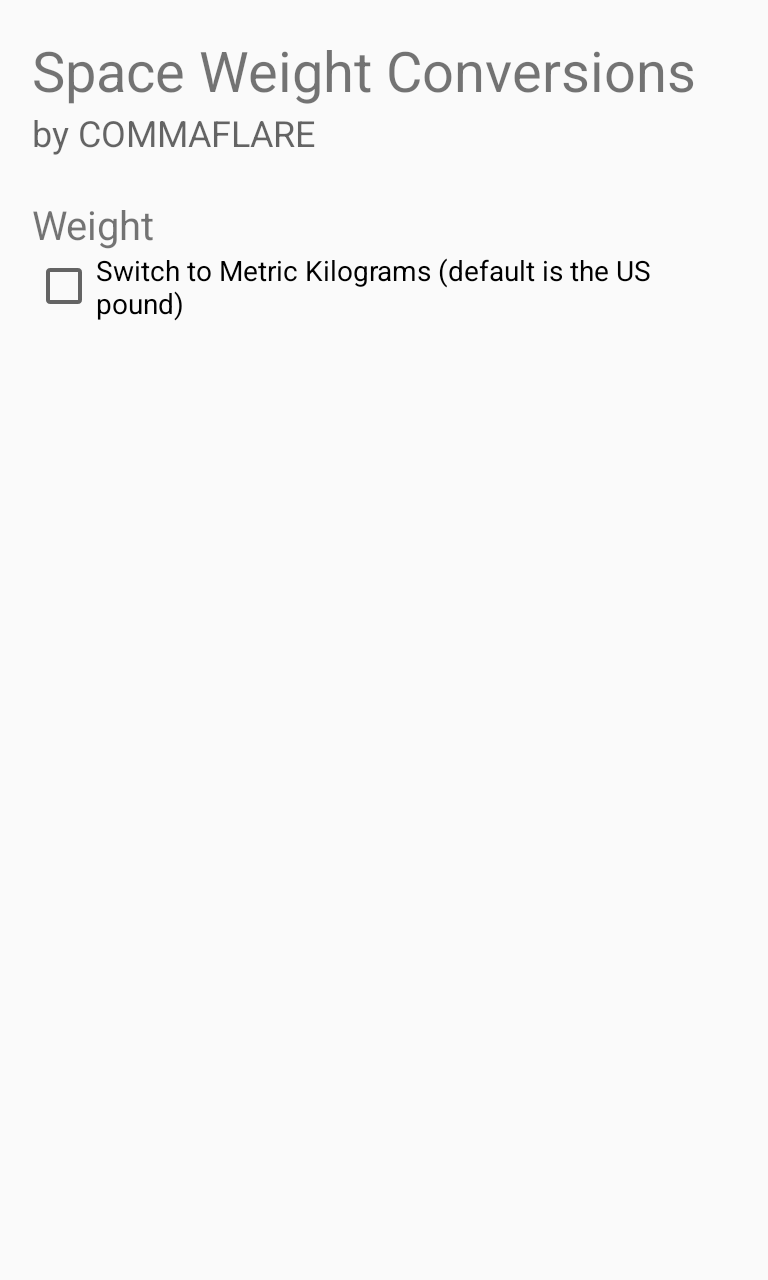
Repository: xxbeastli343xx/Diabolical-Turtle
Layout: App/WeightConversions/res/layout/activity_conversion.xml
An editor plug-in stored every save of this project. The layout is shown before and after the next save, followed by the edit.
It is drawn on a 768 x 1280 px phone screen (xhdpi) without system bars, with theme AppTheme; the app's code is not run.

Above is the layout before, as saved 2014-09-30 04:23:42.

After the next save:
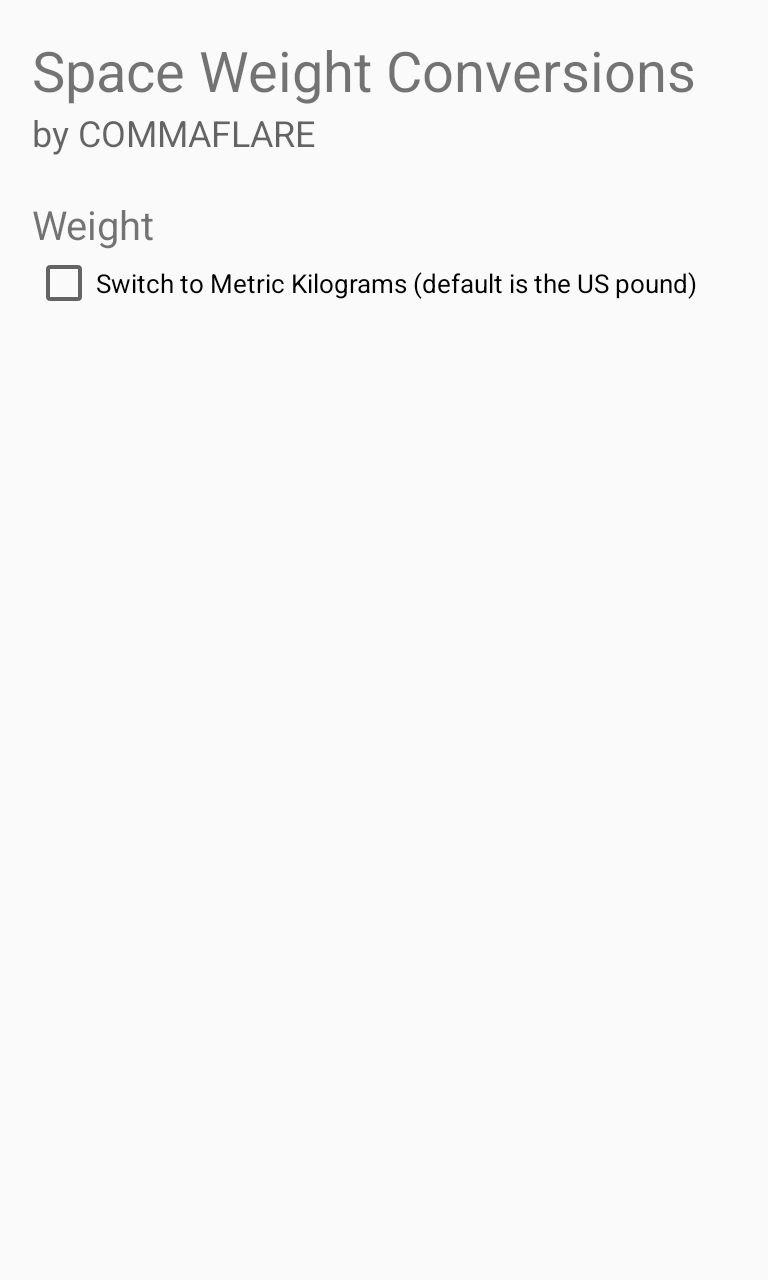
Saved 43 s later.
--- a/App/WeightConversions/res/layout/activity_conversion.xml
+++ b/App/WeightConversions/res/layout/activity_conversion.xml
@@ -40,7 +40,8 @@
             android:id="@+id/checkBox1"
             android:layout_width="wrap_content"
             android:layout_height="wrap_content"
-            android:text="@string/checkMetrics" />
+            android:text="@string/checkMetrics"
+            android:textSize="13sp" />
 
     </LinearLayout>
 
